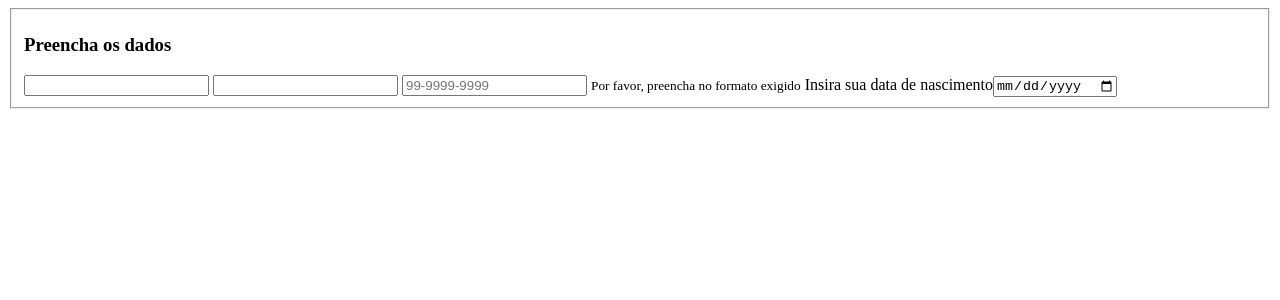
Repository: Leonngc/DEV-COLLEGE
Page: registration.html
These files come from the project's save history. The page is drawn as it stood at one moment and after a run of saves; the edit follows.
The browser window is 1280 px wide. The pictures show the whole page.

Above is the page before, as saved 2023-03-12 13:23:46.

### registration.html
<!DOCTYPE html>
<html lang="pt-br">
<head>
    <meta charset="UTF-8">
    <meta http-equiv="X-UA-Compatible" content="IE=edge">
    <meta name="viewport" content="width=device-width, initial-scale=1.0">
    <title>Matricule-se</title>
</head>
<body>
    <header>

    </header>
    <main>
        <fieldset>
            <h3>Preencha os dados</h3>
            <form action="">
                <input type="text" id="username" required minlength="1" maxlength="99">
                <input type="email" name="emailUser" id="userEmail" required>
                <input type="tel" name="phone" id="phone" pattern="[0-9]{2}-[0-9]{4}-[0-9]{4}" required maxlength="13" placeholder="99-9999-9999"> <small>Por favor, preencha no formato exigido</small>
                <label for="birthday">Insira sua data de nascimento</label><input type="date" name="" id="birthday">
            </form>
        </fieldset>
    </main>
</body>
</html>

After the next 3 saves:
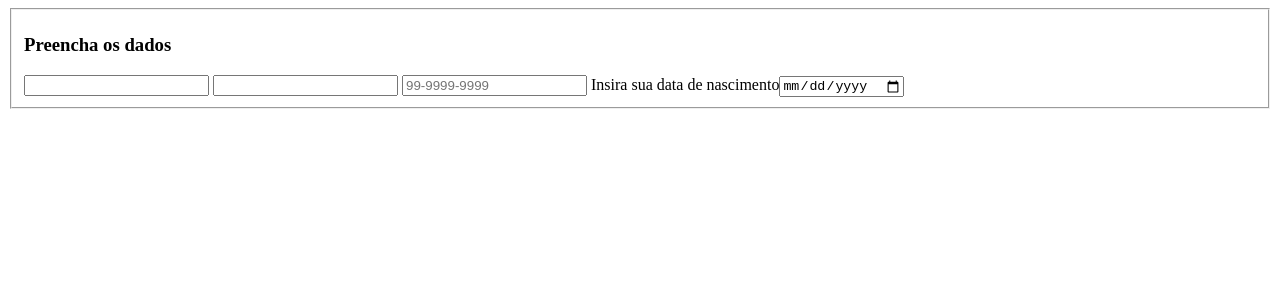
The 3 saves are shown as one change because they came seconds apart.
The last was saved 20 s later.
--- a/registration.html
+++ b/registration.html
@@ -16,7 +16,8 @@
             <form action="">
                 <input type="text" id="username" required minlength="1" maxlength="99">
                 <input type="email" name="emailUser" id="userEmail" required>
-                <input type="tel" name="phone" id="phone" pattern="[0-9]{2}-[0-9]{4}-[0-9]{4}" required maxlength="13" placeholder="99-9999-9999"> <small>Por favor, preencha no formato exigido</small>
+
+                <input type="tel" name="phone" id="phone" pattern="[0-9]{2}-[0-9]{4}-[0-9]{4}" required maxlength="13" placeholder="99-9999-9999">
                 <label for="birthday">Insira sua data de nascimento</label><input type="date" name="" id="birthday">
             </form>
         </fieldset>
